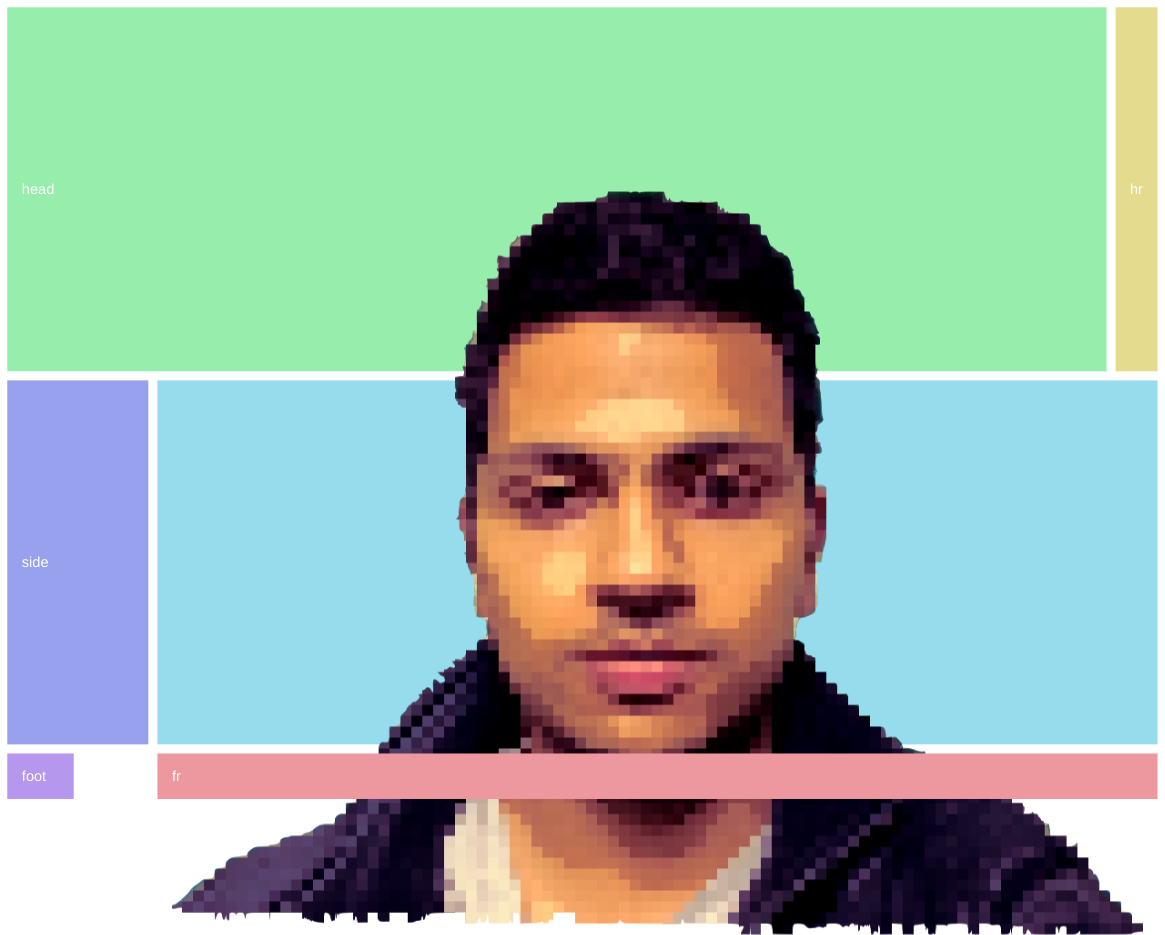
Repository: SamirIngley/html-semantic
Page: templates/grid.html
An editor plug-in stored every save of this project. The page is shown before and after the next save, followed by the edit.
The browser window is 1280 px wide. The pictures show the whole page, at 91% of full size.

Above is the page before, as saved 2020-02-06 07:19:00.

After the next save:
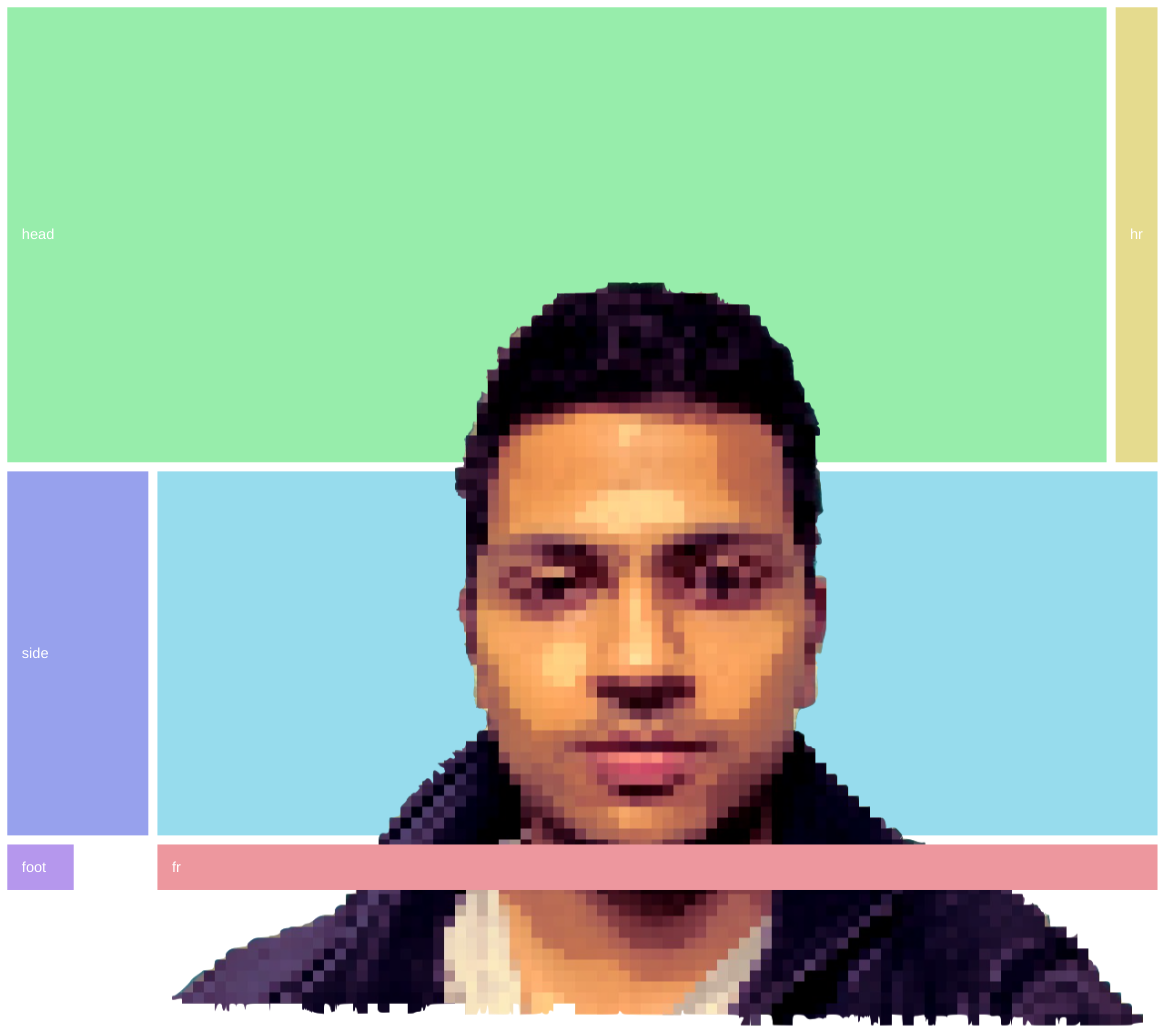
Saved 13 s later.
--- a/templates/grid.html
+++ b/templates/grid.html
@@ -35,7 +35,7 @@
     display: grid;
     grid-gap: 10px;
     grid-template-columns: repeat(2, 1fr);
-    grid-template-rows: 400px 400px;
+    grid-template-rows: 500px 400px;
     /*
     The named areas below define where elements with
     those names are placed on the grid.
